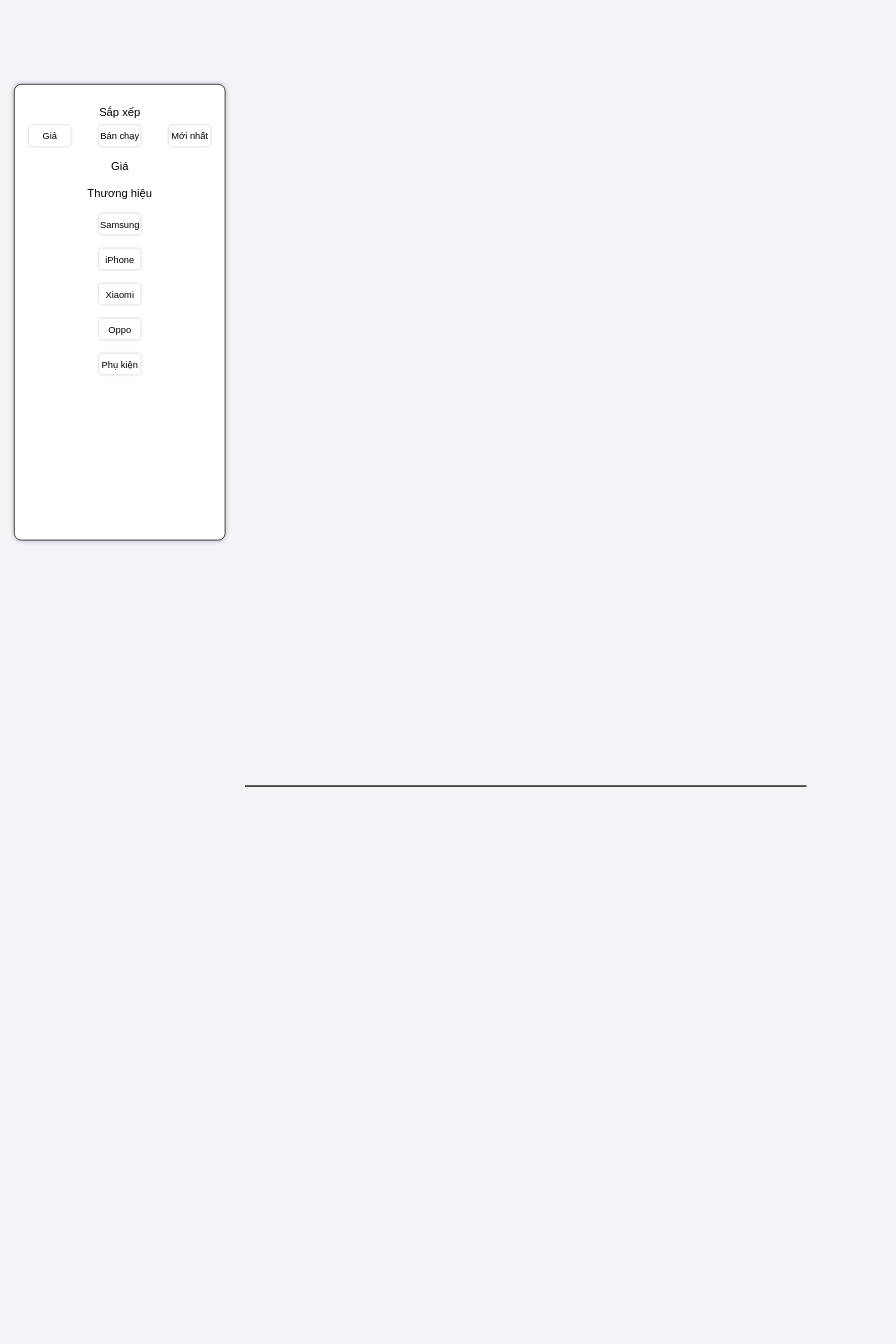
Repository: TrungSonQNIT2k4/ZENTECH
Page: showsp.html
These files come from the project's save history. The page is drawn as it stood at one moment and after a run of saves; the edit follows.
The browser window is 1280 px wide. The pictures show the whole page, at 70% of full size.
Some web fonts or font styles are not loaded; a fallback is used.

Above is the page before, as saved 2024-11-22 21:43:07.

### showsp.html
<!DOCTYPE html>
<html lang="en">

<head>
    <meta charset="UTF-8">
    <meta name="viewport" content="width=device-width, initial-scale=1.0">
    <title>ZENTECH</title>
    <link rel="stylesheet" href="style.css">
    <link rel="icon" type="image/png" href="/Data/Image/ICONLOGOZ.png" />
    <link href="https://fonts.googleapis.com/css2?family=Francois+One&display=swap" rel="stylesheet">
</head>
<body>
    <div class="container">
        <div class="menu_choose">
            <div class="Sort">
                <p>Sắp xếp</p>
                <div class="tools">
                    <button>Giá</button>
                    <button>Bán chạy</button>
                    <button>Mới nhất</button>
                </div>
            </div>
            <div class="Price_choose">
                <p>Giá</p>
                <div></div>
            </div>
            <div class="Brand_choose">
                <p>Thương hiệu</p>
                <div class="Brand_tools">
                    <button>Samsung</button>
                    <button>iPhone</button>
                    <button>Xiaomi</button>
                    <button>Oppo</button>
                    <button>Phụ kiện</button>
                </div>
            </div>
        </div>
        <div class="Show_item">
            <div></div>
        </div>
    </div>
</body>
</html>

### style.css
*{
    padding: 0;
    margin: 0;
    font-family: 'Francois One', sans-serif;
}
body{
  background-color: #F4F4F8;
}
p{
  color: black;
}
a{
    text-decoration: none;
}
li{
    list-style-type: none;
}
.header{
    display: flex;
    position: fixed;
    background-color: #F4F4F8;
    height: 100px;
    top: 0;
    left: 0;
    width: 100%;
    z-index: 1000;
    box-shadow: 0 6px 10px rgba(0, 0, 0, 0.15);
}
.header_inner{
  width: 100%;
  background-color: #F4F4F8;
  display: flex;
  margin: 10px;
  margin: 10px;
  justify-content: space-between;
  align-items: center;
  position: relative;
}
.header_logo{
  margin-top: 15px;
  padding: 5px;
  height: 120px;
  width: 200px;
  transition: all 0.6s;
}
.header_logo:hover{
  transform: scale(1.05);
}
.globalnav-list{
  display: flex;
  align-items: center;
  font-size: 25px;
  font-family: 'Francois One', sans-serif;
  white-space: nowrap;
}
.globalnav-list-content{
  margin-left: 30px;
  margin-right: 30px;
  transition: all 0.1s;
}
.globalnav-list-content:hover{
  color: red;
}
.menu_item{
  margin: 0 1rem;
}
.menu_item:hover .menu_child{
  opacity: 1;
  visibility: visible;
}
.menu_child{
  background-color: whitesmoke;
  display: flex;
  position: absolute;
  top: 120%;
  left: 0;
  width: 97%;
  padding: 20px;
  border-radius: 20px;
  opacity: 0;
  visibility: hidden;
  justify-content: space-around;
  transition: opacity 0.25s ease, visibility 0.25s ease;
  box-shadow: 0 0 8px rgba(0, 0, 0, 0.15);
}
.menu_child-list p{
  transition: 0.1s;
}
.menu_child-list p:hover{
  color: red;
}
.globalnav-tool{
  display: flex;
  align-items: center;
  white-space: nowrap;
}
.globalnav-tool-content{
  margin-left: 30px;
  margin-right: 30px;
  transition:all 0.5s;
}
.globalnav-tool-content:hover{
  transform: scale(1.1);
}
.icon{
    height: 30px;
    width: 30px;
    margin-top: 5px;
    margin-right: 5px;
}
.container{
    margin-top: 120px;
    margin-bottom: 350px;
    min-height: 1300px;
    background-color: #F4F4F8;
    margin-bottom: 500px;
}
.slogan p{
  font-size: 20px;
  margin: 10px;
  text-align: center;
  color: red;
}
.banner{
  display: flex;
  justify-content: center;
  min-height: 450px;
  width: 1300px;
  margin-right: 30px;
  margin-left: 30px;
  white-space: nowrap;
}
.banner ul{
  padding: 0;
  margin: 0;
  list-style-type: none;
}
.banner-content img{
  border-radius: 10px;
  height: 450px;
  width: 1200px;
}
.smartphone{
  margin-left: 30px;
  margin-right: 30px;
  height: 60px;
  white-space: nowrap;
}
.smartphone ul {
  justify-content: space-around;
  display: flex;
  padding: 0;
  margin-bottom: 20px;
  list-style-type: none;
}

.smartphone li {
  display: flex;
}
.smartphone-content{
  margin: 10px;
  border-radius: 10px;
  border: none;
  background-color: rgba(255, 0, 0, 0);
}
.smartphone-content img{
  border-radius: 10%;
  height: 250px;
  width: 250px;
  box-shadow: 4px 4px 8px rgba(0, 0, 0, 0.3);
  transition: all 0.6s;
}
.smartphone-content img:hover{
  transform: scale(1.05);
  box-shadow: 6px 6px 12px rgba(0, 0, 0, 0.5);
}
.header-item{
  margin-left: 30px;
  margin-right: 30px;
  display: flex;
  justify-content: space-between;
}
.header-topic button{
  height: 30px;
  width: 300px;
  background-color: #D2B48C;
  border: none;
  border-radius: 5px;
}
.header-topic h3{
  transition: all 0.3s;
}
.header-topic h3:hover{
  color: white;
}
.other-link button{
  height: 30px;
  width: 80px;
  margin-left: 5px;
  margin-right: 5px;
  border-radius: 10px;
  transition: all 0.4s;
}
.other-link button:hover{
  transform: scale(1.05);
}
.other-link p:hover{
  color: red;
}
.smartphone-items{
  margin-left: 30px;
  margin-right: 30px;
  display: flex;
}

.smartphone-item button{
  height: 300px;
  width: 240px;
  border-radius: 10px;
  border: none;
  background-color: white;
  box-shadow: 4px 4px 8px rgba(0, 0, 0, 0.3);
  transition: all 0.6s;
}
.smartphone-item button:hover{
  transform: scale(1.05);
}
.smartphone-item img{
  height: 190px;
  width: 180px;
  margin-bottom: 10px;
}
.smartphone-item p{
  font-size: 20px;
  font-weight: 100;
}
.price{
  color: red;
}
::-webkit-scrollbar {
  width: 12px;
  height: 12px;
}

/* Phần thanh kéo */
::-webkit-scrollbar-thumb {
  background-color: #888;
  border-radius: 10px;
  border: 3px solid #f1f1f1;
}

/* Phần đường ray */
::-webkit-scrollbar-track {
  background-color: #f1f1f1;
  border-radius: 10px;
}

/* Phần thanh cuộn khi hover */
::-webkit-scrollbar-thumb:hover {
  background-color: #555;
}
.footer{
    background-color: #F4F4F8;
    min-height: 50px;
    padding: 30px;
    bottom:0;
    margin-right: 30px;
    margin-left: 30px;
    border-radius: 10px;
    box-shadow: 0 -1px 10px rgba(0, 0, 0, 0.15);
}
.footer-menu{
  display: flex;
  justify-content: space-between;
}
.footer-menu-list p{
  transition: all 0.1s;
}
.footer-menu-list p:hover{
  color: red;
}
.footer-tool{
  margin-top: 20px;
  display: flex;
  justify-content: space-around;
}
.footer-tool-list  img{
  height: 90px;
  width: 180px;
}
.footer-menu-contact{
  display: flex;
  justify-content: center;
}
.footer-menu-contact img{
  margin-right: 10px;
  height: 50px;
  width: 50px;
  border-radius: 100%;
  transition: all 0.5s;
}
.footer-menu-contact img:hover{
  transform: scale(1.05);
}
.footer-tool-bank{
  display: flex;
  justify-content: center;
}
.footer-tool-bank img{
  margin-right: 10px;
  height: 50px;
  width: 50px;
  border-radius: 100%;
  transition: all 0.5s;
}
.footer-tool-bank img:hover{
  transform: scale(1.05);
}
.copyright{
  font-size: 12px;
  display: flex;
  justify-content: center;
}
/* showsp_html */
.menu_choose{
  margin: 20px;
  margin-top: 50px;
  border: 1px solid;
  border-radius: 10px;
  width: 300px;
  height: 650px;
  box-shadow: 0px 0px 8px rgba(0, 0, 0, 0.3);
  background-color: white;
}
.menu_choose p{
  display: flex;
  justify-content: center;
}
.Sort{
  margin-top: 30px;
}
.tools{
  margin-top: 10px;
  display: flex;
  justify-content: space-around;
}
.tools button{
  height: 30px;
  width: 60px;
  border-radius: 5px;
  border: none;
  transition: 0.8s;
  box-shadow: 0px 0px 3px rgba(0, 0, 0, 0.3);
  background-color: white;
}
.tools button:hover{
  transform: scale(1.1);
  color: red;
}
.Price_choose{
  margin-top: 20px;
}
.Brand_choose{
  margin-top: 20px;
}
.Brand_tools{
  margin: 10px;
  display: grid;
  justify-content: center;
}
.Brand_tools button{
  background-color: white;
  margin: 10px;
  height: 30px;
  width: 60px;
  border-radius: 5px;
  border: none;
  transition: 0.8s;
  box-shadow: 0px 0px 3px rgba(0, 0, 0, 0.3);
}
.Brand_tools button:hover{
  transform: scale(1.1);
  color: red;
}
.Show_item{
  width: 800px;
  height: auto;
  margin: 350px;
  border: 1px solid;
}

After the next 6 saves:
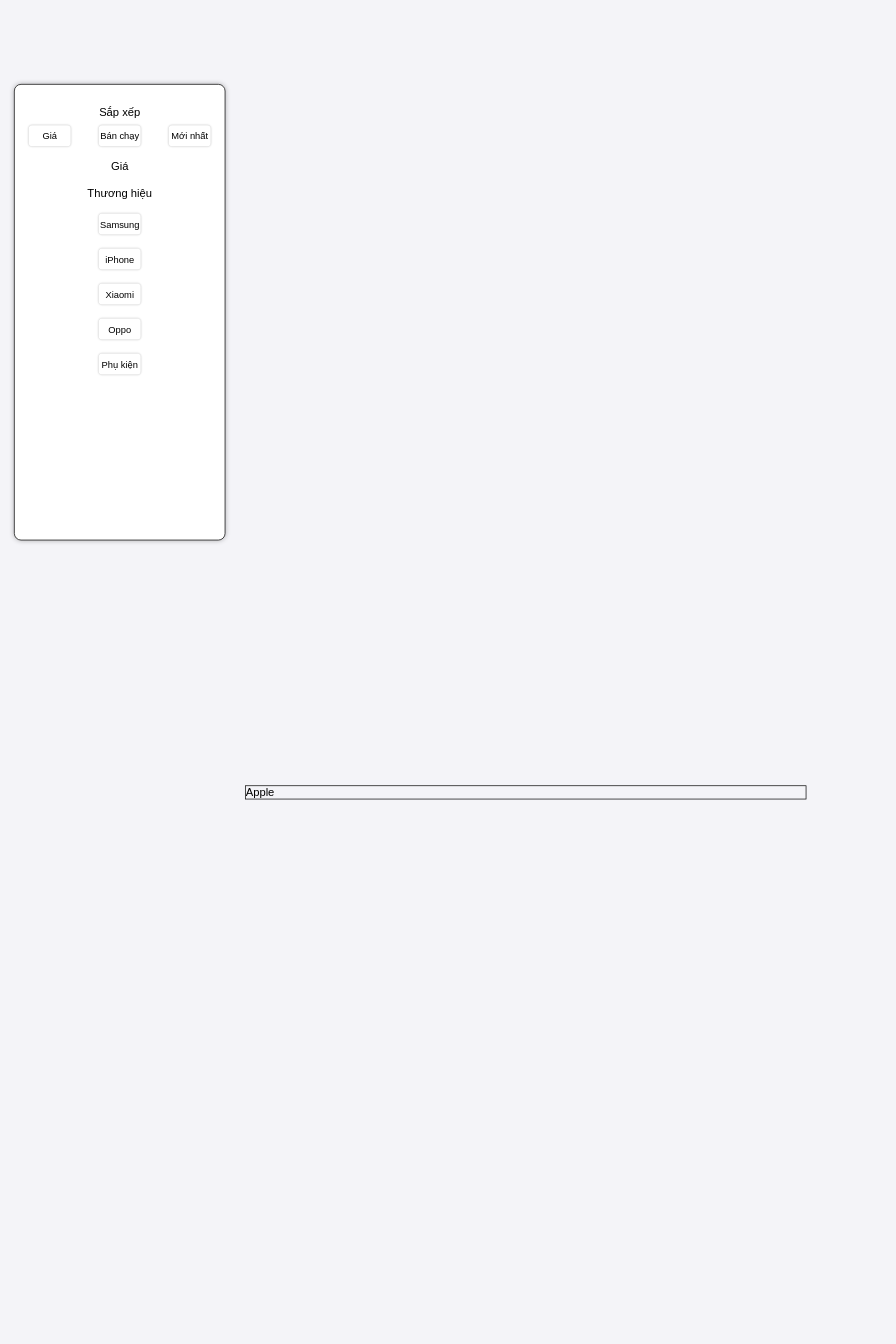
The 6 saves are shown as one change because they came seconds apart.
The last was saved 17 s later.
--- a/showsp.html
+++ b/showsp.html
@@ -36,7 +36,9 @@
             </div>
         </div>
         <div class="Show_item">
-            <div></div>
+            <div class="name_brand">
+                Apple
+            </div>
         </div>
     </div>
 </body>
